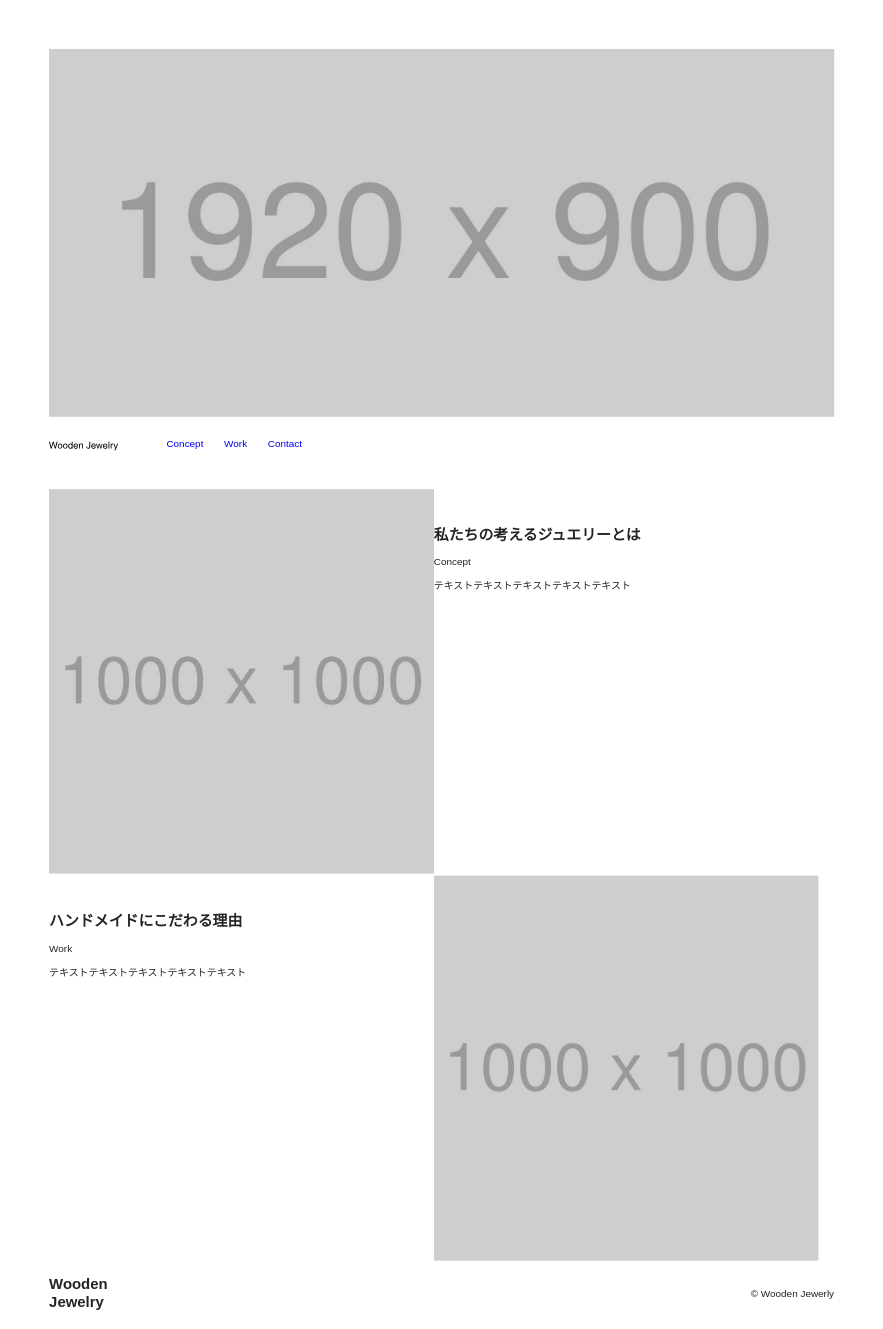
Repository: Fuki-san/jewelry
Page: http://localhost/jewelry
An editor plug-in stored every save of this project. The page is shown before and after a run of saves, followed by the edit.
The browser window is 1280 px wide. The pictures show the whole page, at 69% of full size.
The page is served by the project's Laravel application, run on PHP 8.4 with Laravel 10. Other server files are loaded and not shown.

Above is the page before, as saved 2023-11-26 14:13:35.

### routes/web.php
<?php

use Illuminate\Support\Facades\Route;

/*
|--------------------------------------------------------------------------
| Web Routes
|--------------------------------------------------------------------------
|
| Here is where you can register web routes for your application. These
| routes are loaded by the RouteServiceProvider and all of them will
| be assigned to the "web" middleware group. Make something great!
|
*/

Route::get('/', function () {
    return view('welcome');
});

Route::get('jewelry', function () {
    return view('jewelry');
});

### resources/views/jewelry.blade.php
@extends('layouts.main')

@section('title', 'jewelry')

@section('content')
    <div id="mainvisual">
        <img src="img/mainvisual.jpg">
    </div>
    <header id="header">
        <h1 class="site-title"><a href="#"><img src="img/logo.svg"></a></h1>
        <nav>
            <ul>
                <li><a href="#concept">Concept</a></li>
                <li><a href="#work">Work</a></li>
                <li><a href="mailto:xxx@xxx.xxx?subject=お問い合わせ">Contact</a></li>
            </ul>
        </nav>
    </header>

    <div class="container">
        <main>
            <section id="concept" class="content">
                <div class="img">
                    <img src="img/concept.jpg">
                </div>
                <div class="text">
                    <h2 class="section-title">私たちの考えるジュエリーとは</h2>
                    <span class="section-title-en">Concept</span>
                    <p>テキストテキストテキストテキストテキスト</p>
                </div>
            </section>

            <section id="work" class="content">
                <div class="text">
                    <h2 class="section-title">ハンドメイドにこだわる理由</h2>
                    <span class="section-title-en">Work</span>
                    <p>テキストテキストテキストテキストテキスト</p>
                </div>
                <div class="img">
                    <img src="img/work.jpg">
                </div>
            </section>
        </main>

        <footer id="footer">
            <h2 class="site-title">Wooden Jewelry</h2>
            <p class="copyright">&copy; Wooden Jewerly</p>
        </footer>
    </div>

@endsection

### resources/views/layouts/main.blade.php
<!DOCTYPE html>
<html lang="ja">
<head>
    <meta charset="UTF-8">
    <meta name="viewport" content="width=device-width, initial-scale=1.0">
    <meta http-equiv="X-UA-Compatible" content="ie=edge">
    <link rel="stylesheet" href="{{ asset('css/reset.css') }}">
    <link rel="stylesheet" href="{{ asset('css/style.css') }}">
    <link rel="icon" href="img/favicon.ico">
    <title>@yield('title')</title>
</head>
<body>
    @yield('content')
</body>
</html>

### public/css/style.css
@charset "utf-8";

html{
    font-size: 100%;
}
body{
    font-family: "Hiragino Kaku Gothic ProN", "ヒラギノ角ゴ ProN W3", "メイリオ", Meiryo, "ＭＳ Ｐゴシック", "MS PGothic", sans-serif;
    color: #242424;
    font-size: 0.9rem;
}
li{
    list-style: none;
}
a{
    text-decoration: none;
}
.container{
    padding: 0 5%;
}

img{
    max-width: 100%;
}
.content{
    display: flex;
}
.img{
    width: 49%;
}
.text{
    width: 49%;
}

#mainvisual{
    padding: 5% 5% 0 5%;
}
.site-title{
    width: 100px;
}
#header{
    display: flex;
    align-items: center;
    padding: 0 5%;
}
#header ul{
    display: flex;
}
#header li{
    margin-left: 30px;
}
.container{
    padding-top: 30px;
}
.text{
    padding: 30px 0;
}


#footer {
    display: flex;
    justify-content: space-between;
    align-items: center;
}

### public/img/logo.svg
<?xml version="1.0" encoding="utf-8"?>
<!-- Generator: Adobe Illustrator 15.1.0, SVG Export Plug-In . SVG Version: 6.00 Build 0)  -->
<!DOCTYPE svg PUBLIC "-//W3C//DTD SVG 1.1//EN" "http://www.w3.org/Graphics/SVG/1.1/DTD/svg11.dtd">
<svg version="1.1" id="レイヤー_1" xmlns="http://www.w3.org/2000/svg" xmlns:xlink="http://www.w3.org/1999/xlink" x="0px"
	 y="0px" width="1000px" height="140px" viewBox="0 0 1000 140" enable-background="new 0 0 1000 140" xml:space="preserve">
<g>
	<path d="M39.405,111.195H25.498L0,13.294h14.317l18.271,79.63h0.273l21.952-79.63h14.454l21.953,79.63h0.273l18.271-79.63h14.59
		l-25.771,97.901H84.674l-22.362-81.13H62.04L39.405,111.195z"/>
	<path d="M160.348,37.837c22.771,0,33.133,19.226,33.133,37.634c0,18.407-10.362,37.633-33.133,37.633
		c-22.771,0-33.134-19.226-33.134-37.633C127.214,57.063,137.577,37.837,160.348,37.837z M160.348,102.741
		c17.18,0,20.726-17.726,20.726-27.27c0-9.545-3.545-27.271-20.726-27.271c-17.181,0-20.725,17.726-20.725,27.271
		C139.623,85.015,143.167,102.741,160.348,102.741z"/>
	<path d="M236.16,37.837c22.771,0,33.133,19.226,33.133,37.634c0,18.407-10.362,37.633-33.133,37.633
		c-22.771,0-33.134-19.226-33.134-37.633C203.026,57.063,213.389,37.837,236.16,37.837z M236.16,102.741
		c17.18,0,20.726-17.726,20.726-27.27c0-9.545-3.545-27.271-20.726-27.271c-17.181,0-20.725,17.726-20.725,27.271
		C215.435,85.015,218.979,102.741,236.16,102.741z"/>
	<path d="M342.105,111.195h-11.318v-9.817h-0.272c-5.182,9.681-13.362,11.863-20.316,11.863c-24.271,0-31.361-22.771-31.361-39.815
		c0-20.044,10.772-35.588,29.724-35.588c12.954,0,18.408,8.045,21.271,12.136l0.273-0.955V13.294h12V111.195z M310.471,102.877
		c7.637,0,19.499-5.044,19.499-23.998c0-11.59-1.909-30.271-19.226-30.271c-18.544,0-19.499,17.59-19.499,26.725
		C291.245,91.015,297.381,102.877,310.471,102.877z"/>
	<path d="M419.28,88.833c-0.408,3.409-3.681,13.499-12.681,19.499c-3.272,2.181-7.908,4.909-19.362,4.909
		c-20.043,0-31.907-15.135-31.907-35.725c0-22.089,10.636-39.679,34.225-39.679c20.589,0,30.679,16.363,30.679,41.588h-52.086
		c0,14.862,6.954,23.452,20.726,23.452c11.317,0,17.998-8.727,18.408-14.044H419.28z M407.827,69.88
		c-0.682-11.044-5.317-21.271-19.907-21.271c-11.045,0-19.771,10.227-19.771,21.271H407.827z"/>
	<path d="M492.638,111.195h-11.999V67.29c0-12.408-3.545-18.681-15.271-18.681c-6.817,0-18.817,4.363-18.817,23.726v38.86h-11.998
		V39.882h11.317v10.09h0.273c2.59-3.818,9.271-12.136,21.543-12.136c11.044,0,24.952,4.5,24.952,24.816V111.195z"/>
	<path d="M554.132,79.697v6.818c0,11.726,5.591,15.953,14.727,15.953c12.271,0,15.68-7.363,15.68-16.908V13.294h13.227v71.449
		c0,22.907-14.999,29.043-28.225,29.043c-22.771,0-27.815-15.272-27.815-24.407v-9.681H554.132z"/>
	<path d="M676.985,88.833c-0.409,3.409-3.682,13.499-12.681,19.499c-3.272,2.181-7.908,4.909-19.362,4.909
		c-20.044,0-31.906-15.135-31.906-35.725c0-22.089,10.636-39.679,34.225-39.679c20.589,0,30.679,16.363,30.679,41.588h-52.086
		c0,14.862,6.954,23.452,20.726,23.452c11.317,0,17.998-8.727,18.407-14.044H676.985z M665.531,69.88
		c-0.681-11.044-5.316-21.271-19.906-21.271c-11.045,0-19.771,10.227-19.771,21.271H665.531z"/>
	<path d="M715.574,111.195h-12.407l-20.59-71.313h13.091l13.634,56.041h0.273l13.771-56.041h13.362l13.908,56.041h0.273
		l14.453-56.041h11.998l-20.725,71.313h-12.409l-14.453-55.223h-0.272L715.574,111.195z"/>
	<path d="M847.153,88.833c-0.409,3.409-3.682,13.499-12.681,19.499c-3.272,2.181-7.908,4.909-19.362,4.909
		c-20.044,0-31.906-15.135-31.906-35.725c0-22.089,10.635-39.679,34.225-39.679c20.589,0,30.679,16.363,30.679,41.588h-52.086
		c0,14.862,6.954,23.452,20.726,23.452c11.317,0,17.998-8.727,18.407-14.044H847.153z M835.699,69.88
		c-0.682-11.044-5.316-21.271-19.906-21.271c-11.045,0-19.771,10.227-19.771,21.271H835.699z"/>
	<path d="M874.695,111.195h-11.998V13.294h11.998V111.195z"/>
	<path d="M906.327,111.195h-11.999V39.882h11.318v11.863h0.271c4.772-8.318,11.045-13.909,20.045-13.909
		c1.499,0,2.181,0.137,3.135,0.409v12.408h-4.499c-11.182,0-18.271,8.727-18.271,19.09V111.195z"/>
	<path d="M986.774,39.882H1000c-8.317,23.316-16.499,46.633-25.634,69.949c-11.317,28.907-12.544,30.543-27.953,30.543
		c-1.772,0-3.135-0.545-5.044-1.091v-10.908c1.499,0.545,3.954,1.227,7.227,1.227c6.272,0,6.954-1.772,12.681-16.499l-26.453-73.221
		h13.636l18.953,58.086h0.273L986.774,39.882z"/>
</g>
</svg>

After the next 3 saves:
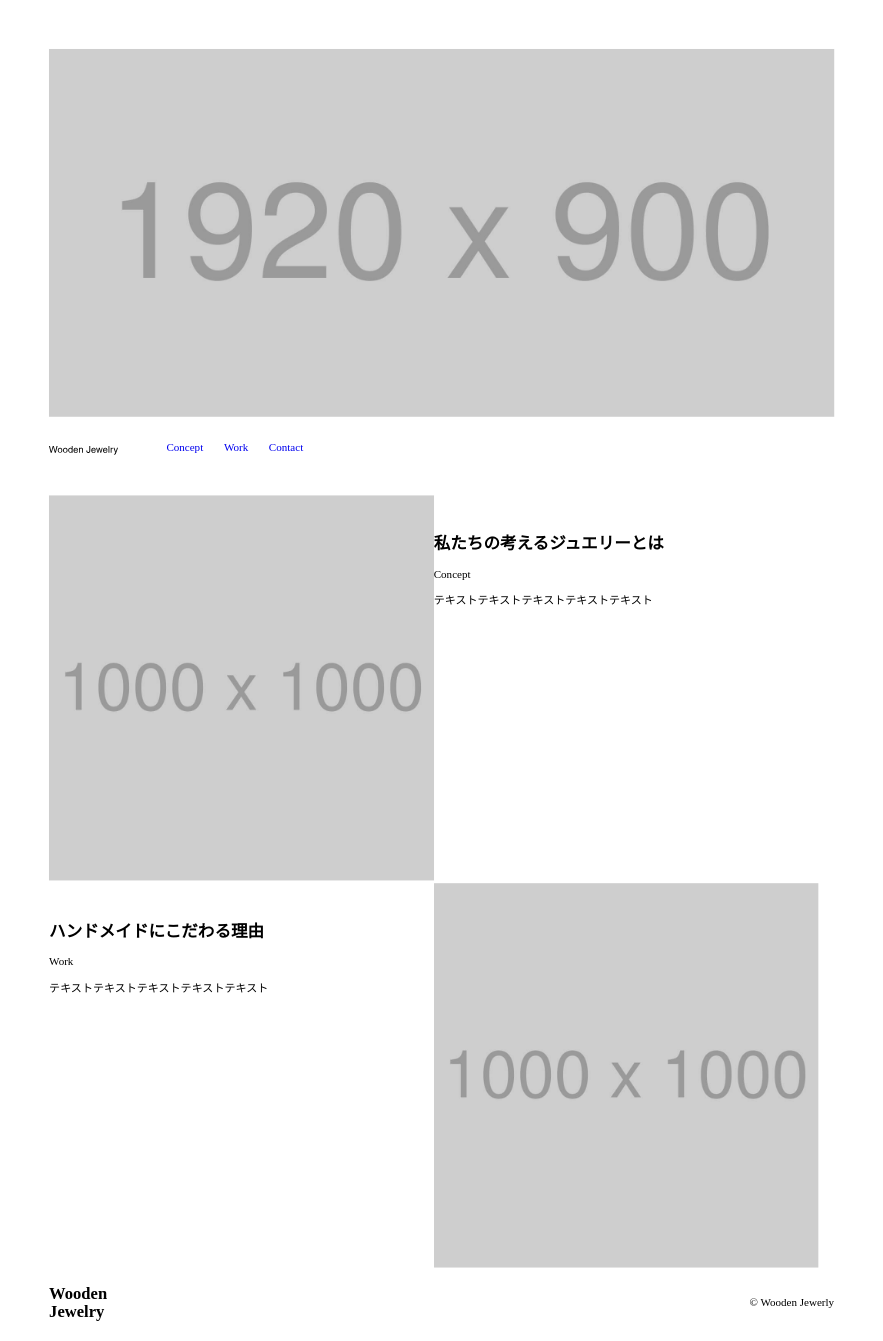
The 3 saves are shown as one change because they came seconds apart.
The last was saved 14 s later.
--- a/public/css/style.css
+++ b/public/css/style.css
@@ -4,9 +4,7 @@ html{
     font-size: 100%;
 }
 body{
-    font-family: "Hiragino Kaku Gothic ProN", "ヒラギノ角ゴ ProN W3", "メイリオ", Meiryo, "ＭＳ Ｐゴシック", "MS PGothic", sans-serif;
-    color: #242424;
-    font-size: 0.9rem;
+    font-family: ;
 }
 li{
     list-style: none;
